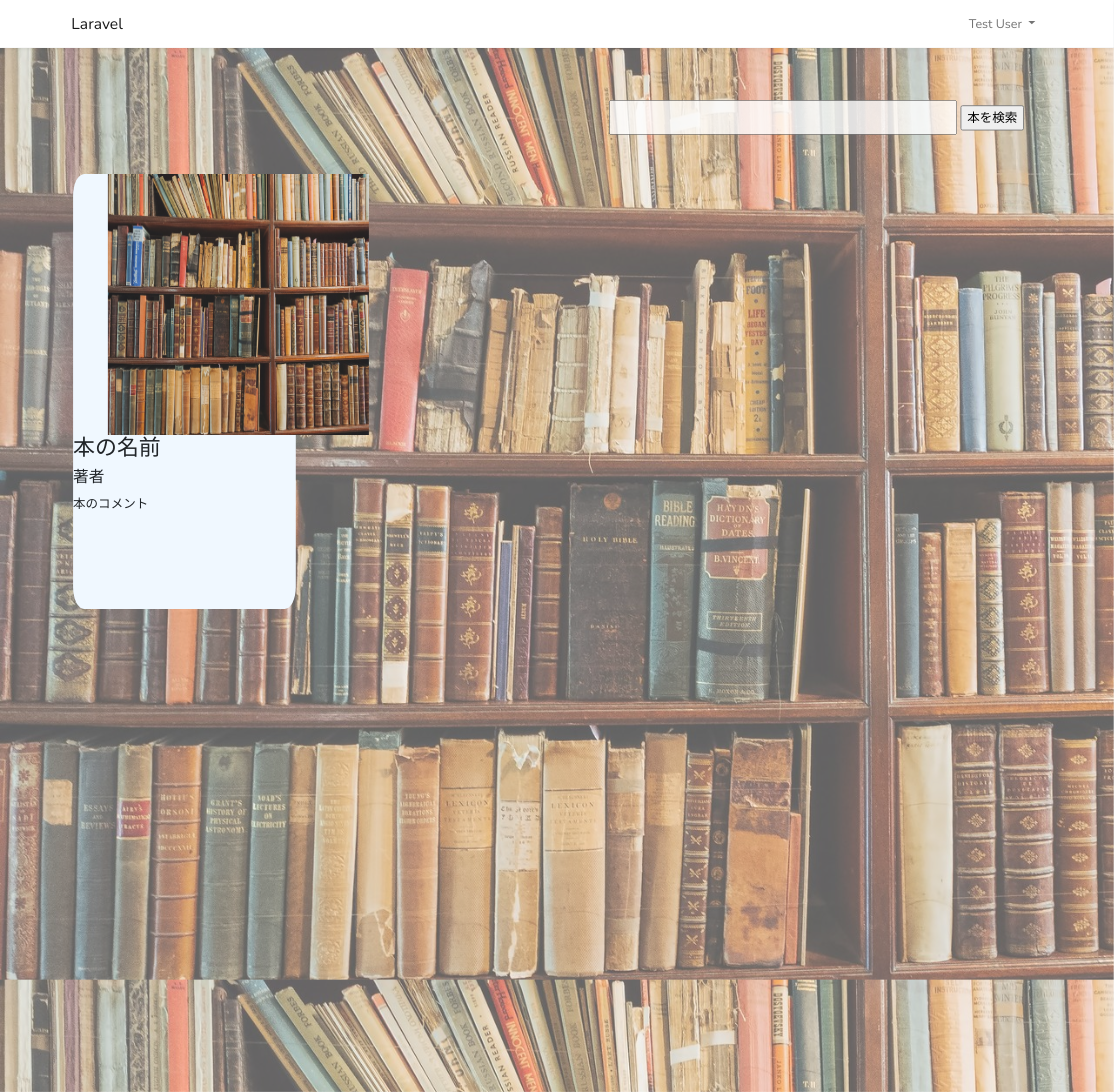
Repository: yamamotoryota1998/Bookreminder
Page: http://localhost/home
These files come from the project's save history. The page is drawn as it stood at one moment and after the next save; the edit follows.
The browser window is 1280 px wide. The pictures show the whole page, at 87% of full size.
The page is served by the project's Laravel application, run on PHP 8.4 with Laravel 9. A made-up administrator, Test User (test@example.com), is signed in. Style sheets and scripts are compiled from the project's sources, by tool versions that may differ from the author's.

Above is the page before, as saved 2023-04-07 18:16:38.

After the next save:
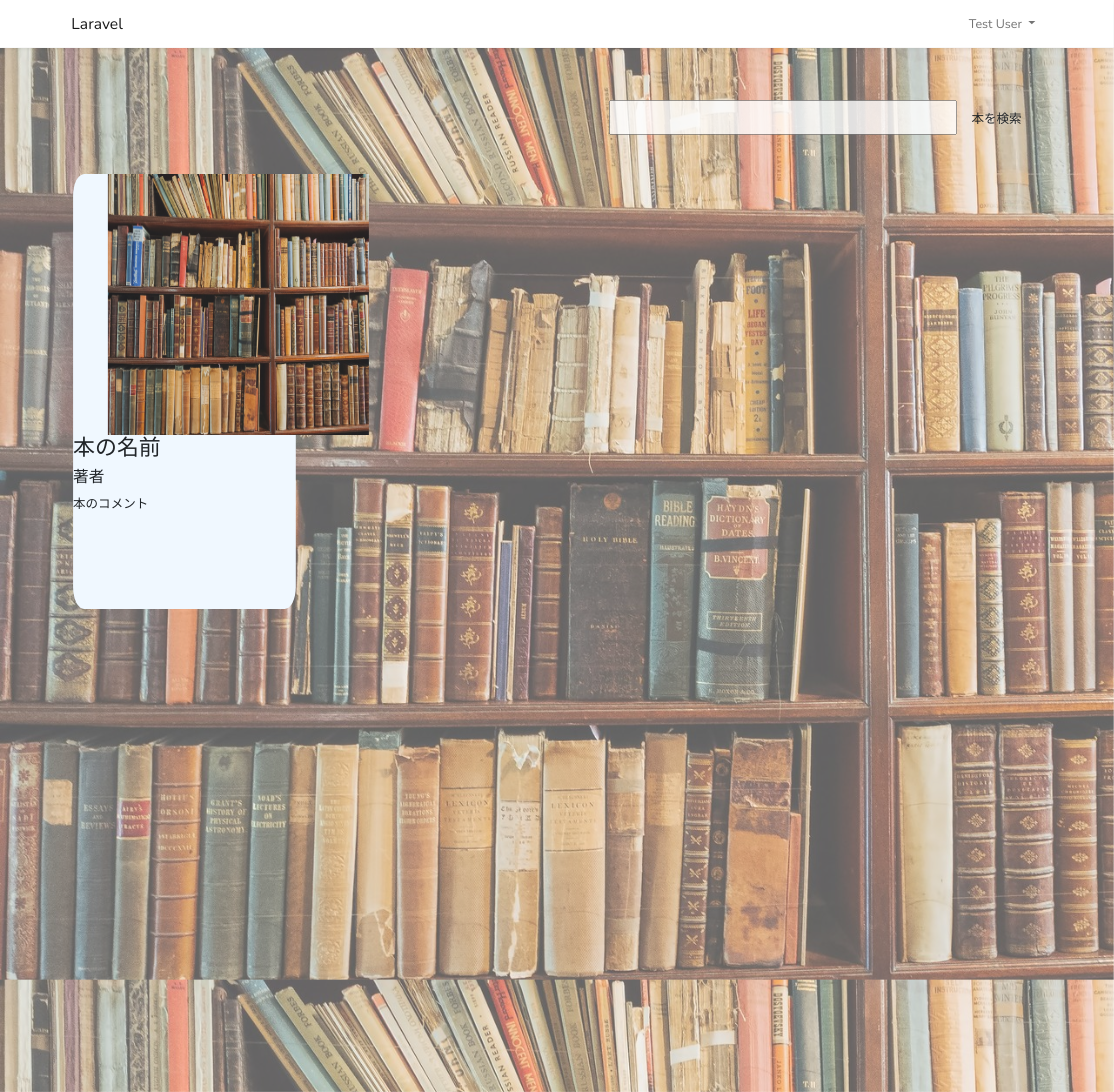
Saved 32 s later.
--- a/resources/views/home.blade.php
+++ b/resources/views/home.blade.php
@@ -5,8 +5,8 @@
     <div class="form-contents">
         <form action="result" method="post">
             @csrf
-            <input class="text" type="text" name="book" size="20"/>
-            <input  type="submit" value="本を検索"/>
+            <input class="text" type="text" name="book" size="20">
+            <input  type="submit" value="本を検索" class="btn">
         </form>
     </div>
     <div class="wrapper-contents">
